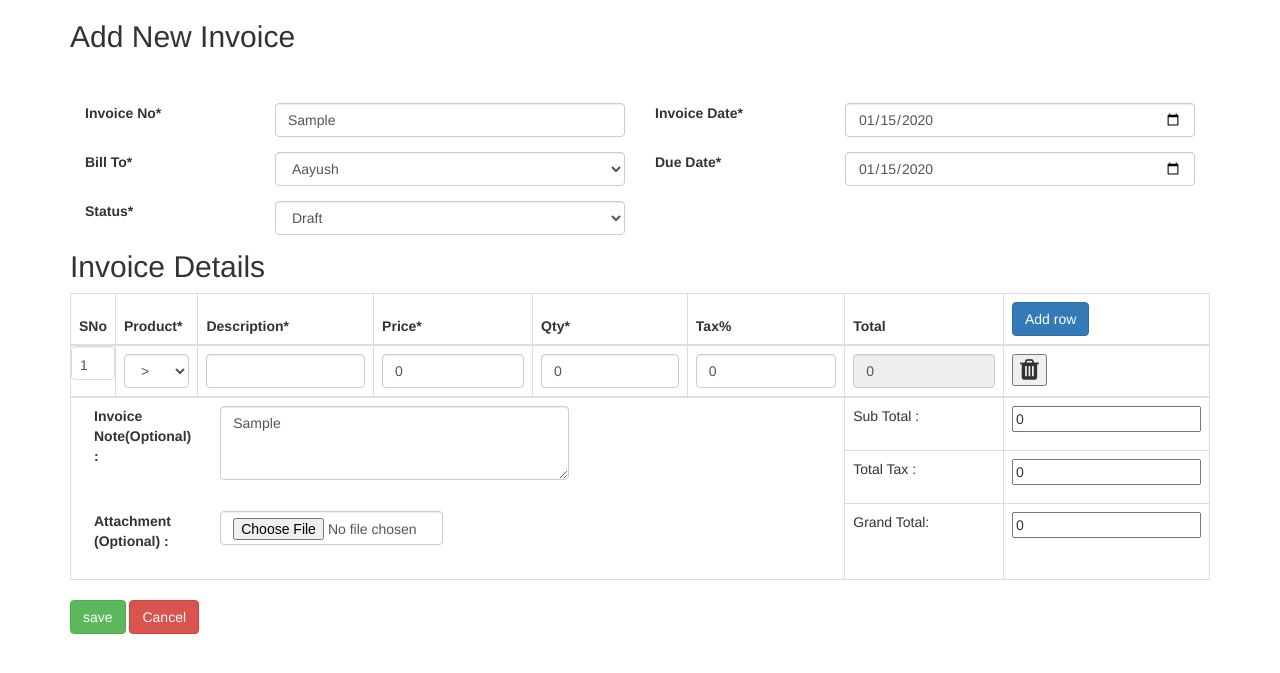
Repository: Aayush13013/Invoice_Management_app
Page: http://localhost/invoiceInfo/WEB-INF/jsp/new_invoiceInfo.jsp
These files come from the project's save history. The page is drawn as it stood at one moment and after a run of saves; the edit follows.
The browser window is 1280 px wide. The pictures show the whole page.
Empty fields were first filled with sample values (such as "Sample", 5 or name@example.com).
After loading, the first visible `input.btn` was clicked once.
The page is served by Tomcat 9. Nobody is signed in. The template is opened directly, without the code that normally fills it, so the values that code supplies are empty.

Above is the page before, as saved 2021-12-28 17:11:00.

After the next 2 saves:
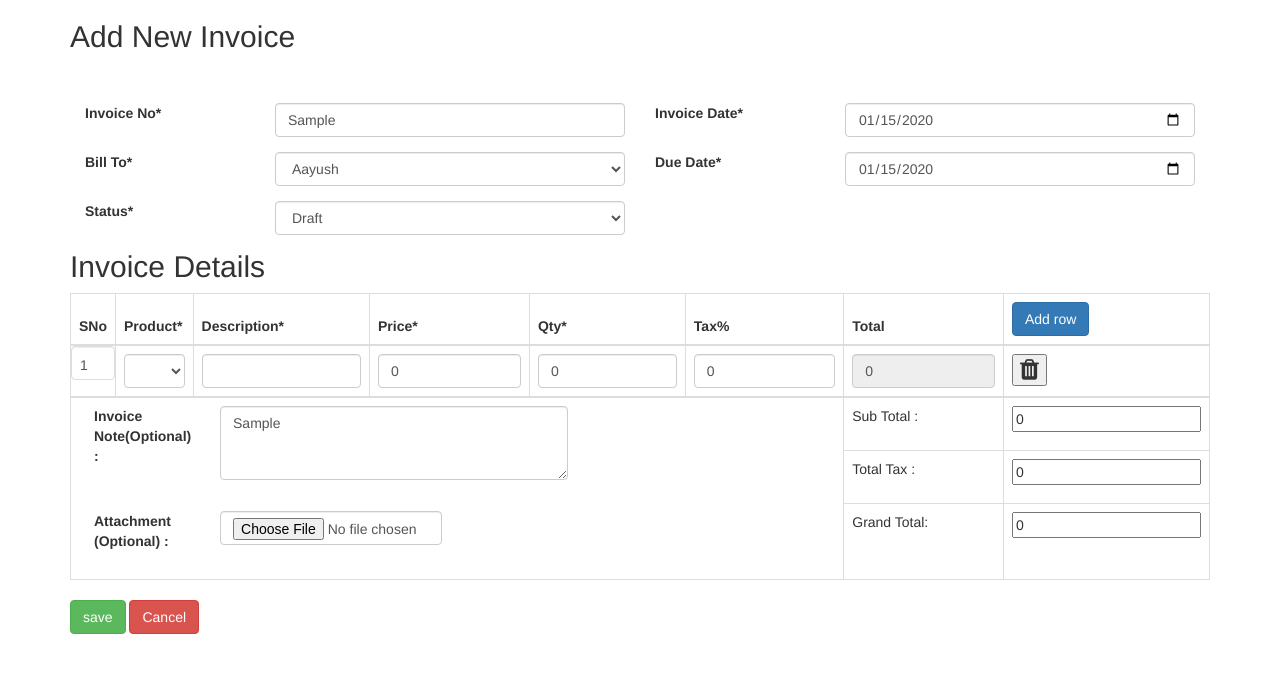
The 2 saves are shown as one change because they came seconds apart.
The last was saved 6 s later.
--- a/invoiceInfo/invoiceInfo/src/main/webapp/WEB-INF/jsp/new_invoiceInfo.jsp
+++ b/invoiceInfo/invoiceInfo/src/main/webapp/WEB-INF/jsp/new_invoiceInfo.jsp
@@ -185,7 +185,7 @@
          var row = table.insertRow(counts).outerHTML = "<tr id='row" + counts + "'> " +
 
              "<td class='form-control serial'></td> " +
-             "<td  ><select name='listOfProducts[" + counts + "].productName' class='form-control' ><optgroup label='select_product'><option>></optgroup></select></td> " +
+             "<td  ><select name='listOfProducts[" + counts + "].productName' class='form-control' ><optgroup label='select_product'><option></option>></optgroup></select></td> " +
              "<td  ><input type='text' name='listOfProducts[" + counts + "].description' class='form-control' ></td> " +
              "<td  ><input type='text' name='listOfProducts[" + counts + "].price' value=0 class='form-control price' ></td> " +
              "<td  ><input type='number' name='listOfProducts[" + counts + "].qty' value=0 class='form-control qty' ></td> " +
